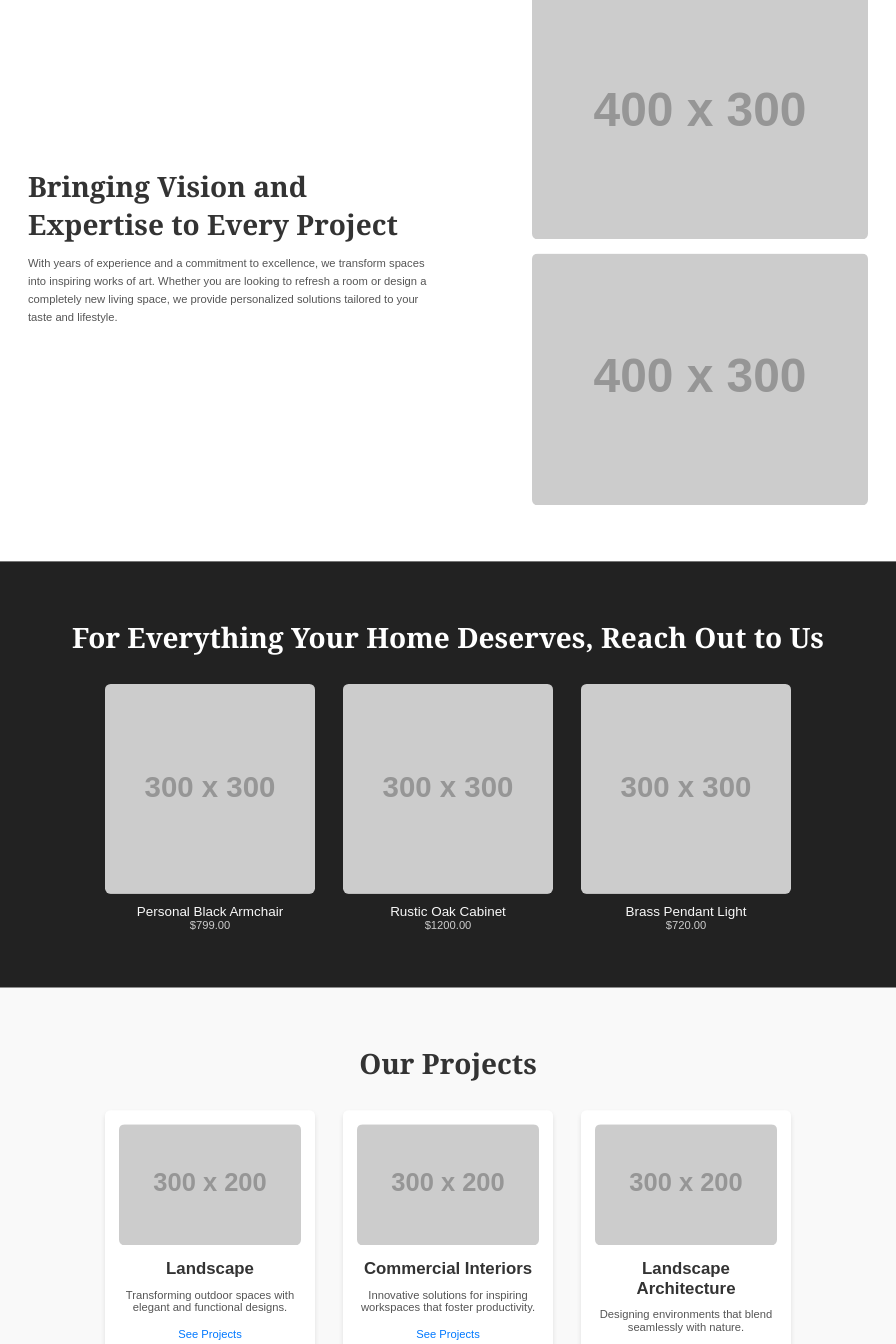
Repository: Patience225/home-decor-studio
Page: index.html
An editor plug-in stored every save of this project. The page is shown before and after the next save, followed by the edit.
The browser window is 1280 px wide. The pictures show the part of the page from y = 1110 to 3030 px (the page is 4298 px tall before and 4316 px after), at 70% of full size.

Above is the page before, as saved 2025-01-29 05:20:51.

After the next save:
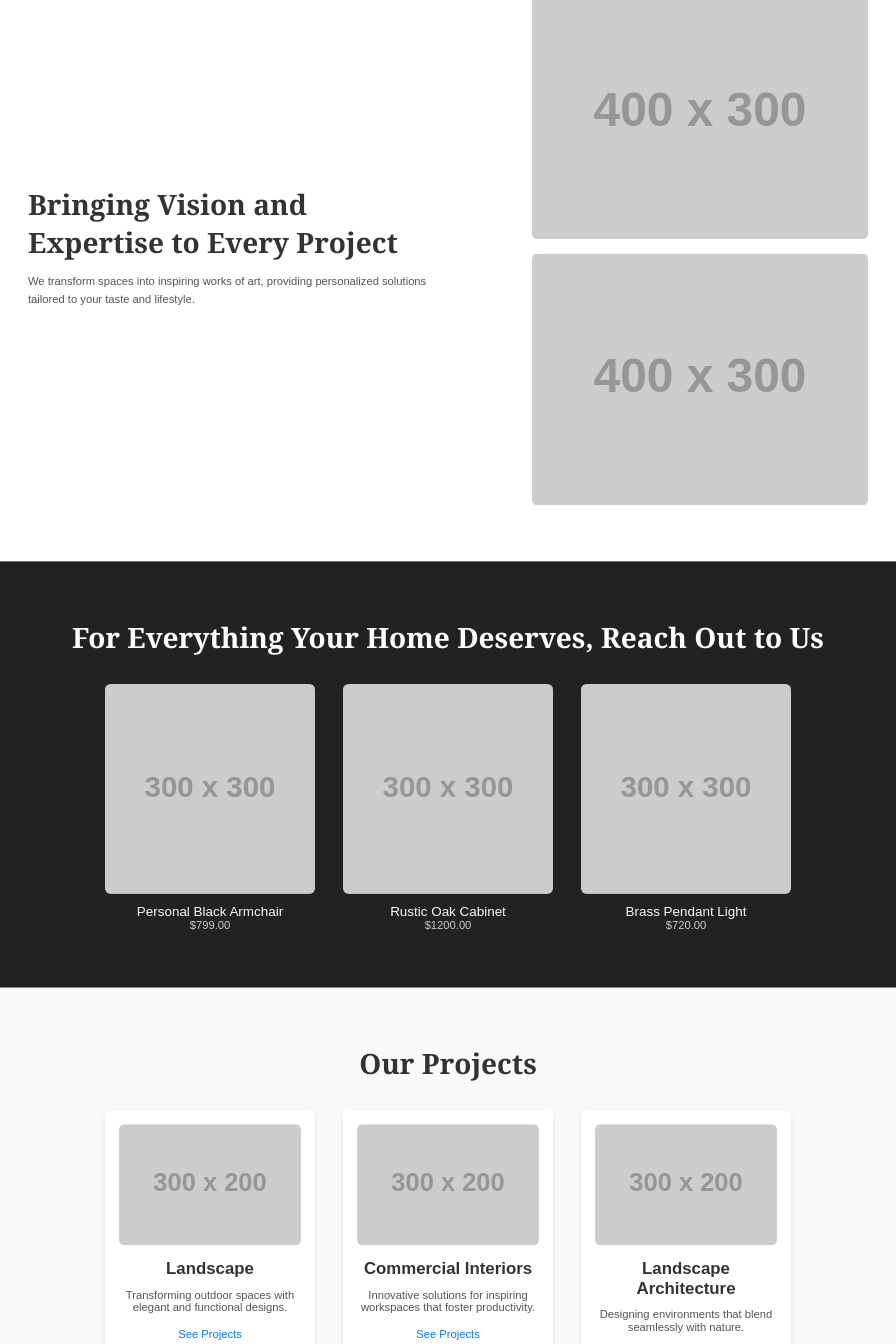
Saved 5 min 46 s later.
--- a/index.html
+++ b/index.html
@@ -3,7 +3,8 @@
 <head>
   <meta charset="UTF-8">
   <meta name="viewport" content="width=device-width, initial-scale=1.0">
-  <title>HomeArt Studio</title><link href="https://cdnjs.cloudflare.com/ajax/libs/font-awesome/5.15.4/css/all.min.css" rel="stylesheet">
+  <title>HomeArt Studio</title>
+  <link href="https://cdnjs.cloudflare.com/ajax/libs/font-awesome/5.15.4/css/all.min.css" rel="stylesheet">
   <link rel="stylesheet" href="styles.css">
 </head>
 <body>
@@ -11,12 +12,12 @@
     <nav class="navbar">
       <div class="logo">HomeArt Studio</div>
       <ul class="nav-links">
-        <li><a href="#">Home</a></li>
-        <li><a href="#">About</a></li>
-        <li><a href="#">Services</a></li>
-        <li><a href="#">Collections</a></li>
-        <li><a href="#">Projects</a></li>
-        <li><a href="#">Contact</a></li>
+        <li><a href="#home">Home</a></li>
+        <li><a href="#about">About</a></li>
+        <li><a href="#services">Services</a></li>
+        <li><a href="#collections">Collections</a></li>
+        <li><a href="#projects">Projects</a></li>
+        <li><a href="#contact">Contact</a></li>
       </ul>
       <div class="hamburger">
         <span></span>
@@ -25,36 +26,24 @@
       </div>
     </nav>
   </header>
-  <section class="hero">
+
+  <section id="home" class="hero">
     <div class="hero-content">
       <h1>Designs That Breathe Life into Your Home</h1>
       <img src="https://via.placeholder.com/1200x600" alt="Living room design" class="hero-image">
       <div class="hero-stats">
-        <div class="stat-item">
-          <h2>100%</h2>
-          <p>Satisfaction Guarantee</p>
-        </div>
-        <div class="stat-item">
-          <h2>250</h2>
-          <p>Projects Completed</p>
-        </div>
-        <div class="stat-item">
-          <h2>3469</h2>
-          <p>Happy Clients</p>
-        </div>
+        <div class="stat-item"><h2>100%</h2><p>Satisfaction Guarantee</p></div>
+        <div class="stat-item"><h2>250</h2><p>Projects Completed</p></div>
+        <div class="stat-item"><h2>3469</h2><p>Happy Clients</p></div>
       </div>
     </div>
   </section>
-  <section class="introduction">
+
+  <section id="about" class="introduction">
     <div class="intro-container">
       <div class="intro-text">
         <h2>Bringing Vision and Expertise to Every Project</h2>
-        <p>
-          With years of experience and a commitment to excellence, we transform
-          spaces into inspiring works of art. Whether you are looking to refresh a room
-          or design a completely new living space, we provide personalized solutions
-          tailored to your taste and lifestyle.
-        </p>
+        <p>We transform spaces into inspiring works of art, providing personalized solutions tailored to your taste and lifestyle.</p>
       </div>
       <div class="intro-images">
         <img src="https://via.placeholder.com/400x300" alt="Interior design 1">
@@ -62,52 +51,28 @@
       </div>
     </div>
   </section>
-  <section class="call-to-action">
+
+  <section id="services" class="call-to-action">
     <div class="cta-container">
       <h2>For Everything Your Home Deserves, Reach Out to Us</h2>
       <div class="cta-images">
-        <div class="image-card">
-          <img src="https://via.placeholder.com/300x300" alt="Armchair">
-          <p class="product-name">Personal Black Armchair</p>
-          <p class="product-price">$799.00</p>
-        </div>
-        <div class="image-card">
-          <img src="https://via.placeholder.com/300x300" alt="Cabinet">
-          <p class="product-name">Rustic Oak Cabinet</p>
-          <p class="product-price">$1200.00</p>
-        </div>
-        <div class="image-card">
-          <img src="https://via.placeholder.com/300x300" alt="Pendant Light">
-          <p class="product-name">Brass Pendant Light</p>
-          <p class="product-price">$720.00</p>
-        </div>
+        <div class="image-card"><img src="https://via.placeholder.com/300x300" alt="Armchair"><p class="product-name">Personal Black Armchair</p><p class="product-price">$799.00</p></div>
+        <div class="image-card"><img src="https://via.placeholder.com/300x300" alt="Cabinet"><p class="product-name">Rustic Oak Cabinet</p><p class="product-price">$1200.00</p></div>
+        <div class="image-card"><img src="https://via.placeholder.com/300x300" alt="Pendant Light"><p class="product-name">Brass Pendant Light</p><p class="product-price">$720.00</p></div>
       </div>
     </div>
   </section>
-  <section class="projects">
+
+  <section id="collections" class="projects">
     <h2>Our Projects</h2>
     <div class="project-cards">
-      <div class="project-card">
-        <img src="https://via.placeholder.com/300x200" alt="Landscape Project">
-        <h3>Landscape</h3>
-        <p>Transforming outdoor spaces with elegant and functional designs.</p>
-        <a href="#" class="project-link">See Projects</a>
-      </div>
-      <div class="project-card">
-        <img src="https://via.placeholder.com/300x200" alt="Commercial Interiors">
-        <h3>Commercial Interiors</h3>
-        <p>Innovative solutions for inspiring workspaces that foster productivity.</p>
-        <a href="#" class="project-link">See Projects</a>
-      </div>
-      <div class="project-card">
-        <img src="https://via.placeholder.com/300x200" alt="Architecture">
-        <h3>Landscape Architecture</h3>
-        <p>Designing environments that blend seamlessly with nature.</p>
-        <a href="#" class="project-link">See Projects</a>
-      </div>
+      <div class="project-card"><img src="https://via.placeholder.com/300x200" alt="Landscape Project"><h3>Landscape</h3><p>Transforming outdoor spaces with elegant and functional designs.</p><a href="#" class="project-link">See Projects</a></div>
+      <div class="project-card"><img src="https://via.placeholder.com/300x200" alt="Commercial Interiors"><h3>Commercial Interiors</h3><p>Innovative solutions for inspiring workspaces that foster productivity.</p><a href="#" class="project-link">See Projects</a></div>
+      <div class="project-card"><img src="https://via.placeholder.com/300x200" alt="Architecture"><h3>Landscape Architecture</h3><p>Designing environments that blend seamlessly with nature.</p><a href="#" class="project-link">See Projects</a></div>
     </div>
   </section>
-  <section class="customer-review">
+
+  <section id="contact" class="customer-review">
     <div class="review-container">
       <span class="quote-icon">❝</span>
       <p class="review-text">"Their creative approach and professionalism made the entire process seamless. I highly recommend them for any interior design project."</p>
@@ -117,6 +82,7 @@
       </div>
     </div>
   </section>
+
   <form id="contact-form">
     <input type="text" id="name" placeholder="Your Name" required>
     <input type="email" id="email" placeholder="Your Email" required>
@@ -124,6 +90,7 @@
     <button type="submit">Submit</button>
     <p id="form-feedback"></p>
   </form>
+
   <button id="back-to-top">↑</button>
 
   <footer class="footer">
@@ -135,10 +102,10 @@
       <div class="footer-column">
         <h3>Quick Links</h3>
         <ul>
-          <li><a href="#">Home</a></li>
-          <li><a href="#">About</a></li>
-          <li><a href="#">Projects</a></li>
-          <li><a href="#">Contact</a></li>
+          <li><a href="#home">Home</a></li>
+          <li><a href="#about">About</a></li>
+          <li><a href="#projects">Projects</a></li>
+          <li><a href="#contact">Contact</a></li>
         </ul>
       </div>
       <div class="footer-column">
@@ -157,6 +124,7 @@
         </div>
       </div>
     </div>
+    <p>© 2025 HomeArt Studio. All rights reserved.</p>
   </footer>
 
   <script src="script.js"></script>
